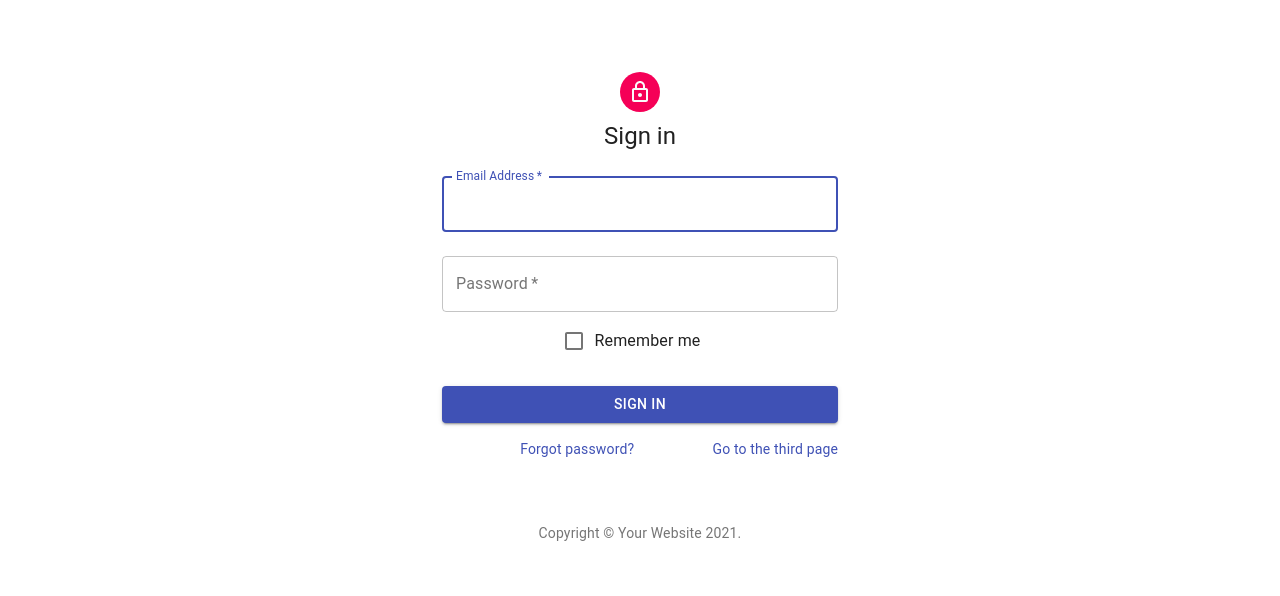
Repository: Rubin78/loginform
Page: /loginform
The author's editor kept a copy of each file at every save. The page is drawn from the files as they stood at one save, then again after the next save.
The browser window is 1280 px wide. The pictures show the whole page.
The page's requests for data from a server got no answer. The project was rebuilt for these pictures with package versions that can differ from the ones it lists, and the page was loaded fresh each time. No one was signed in, and anything a server would have sent is missing. Also part of the build but not shown: src/loginform/signupform.js.

Above is the page before, as saved 2021-02-11 13:58:37.

After the next save:
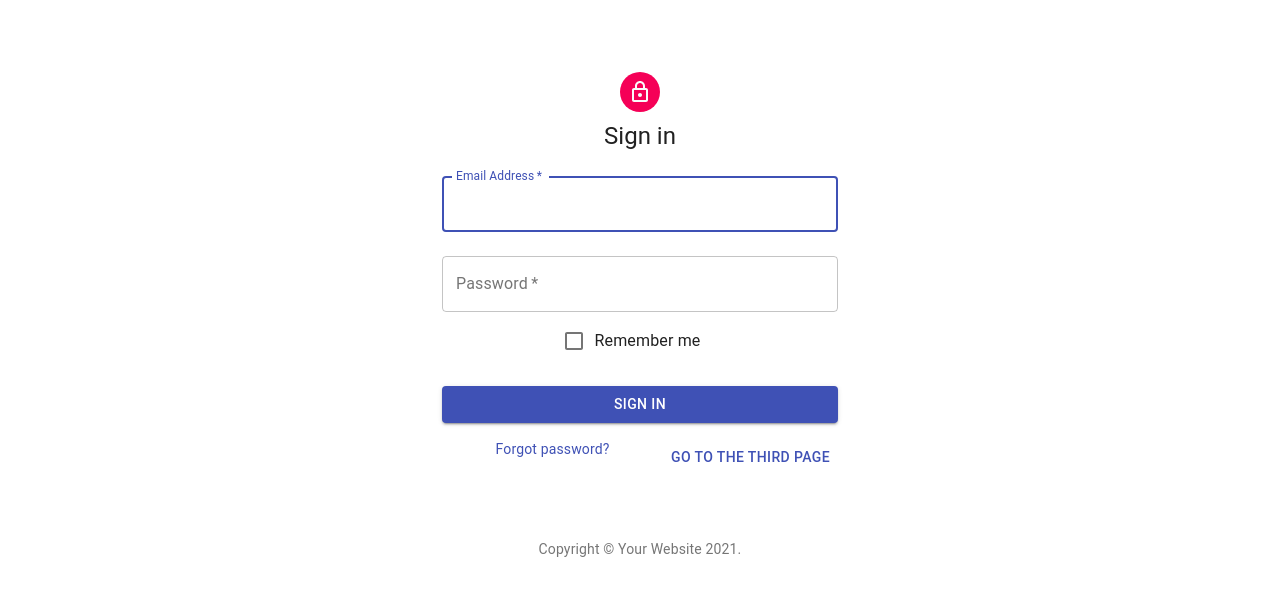
Saved 69 s later.
--- a/src/loginform/loginform.js
+++ b/src/loginform/loginform.js
@@ -156,7 +156,7 @@ export default function SignIn(props) {
               </Link>
             </Grid>
             <Grid item>
-            <Link to="/signupform">Go to the third page</Link>
+            <Button><Link to="/signupform">Go to the third page</Link></Button>
             </Grid>
           </Grid>
         </form>
